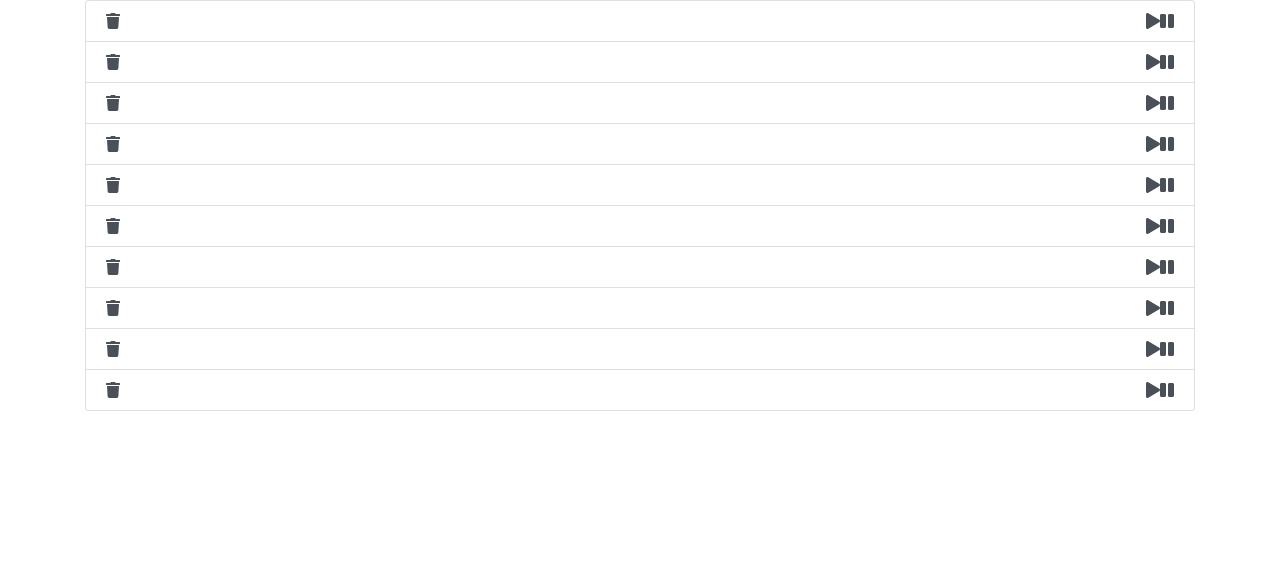
Repository: tanviredu/Data
Page: / (app in 28_vue_with_apis/vue-apis/)
An editor plug-in stored every save of this project. The page is shown before and after the next save, followed by the edit.
The browser window is 1280 px wide. The pictures show the whole page.
The project was rebuilt for these pictures with package versions that can differ from the ones it lists, and the page was loaded fresh each time. Also part of the build but not shown: 28_vue_with_apis/vue-apis/src/components/CurrentSong.vue.

Above is the page before, as saved 2020-07-13 09:15:20.

### 28_vue_with_apis/vue-apis/public/index.html
<!DOCTYPE html>
<html lang="en">
  <head>
    <meta charset="utf-8" />
    <meta http-equiv="X-UA-Compatible" content="IE=edge" />
    <meta name="viewport" content="width=device-width,initial-scale=1.0" />
    <link rel="icon" href="<%= BASE_URL %>favicon.ico" />
    <link
      href="https://fonts.googleapis.com/css2?family=Fjalla+One&family=Open+Sans:wght@700&display=swap"
      rel="stylesheet"
    />
    <title><%= htmlWebpackPlugin.options.title %></title>
  </head>
  <body>
    <noscript>
      <strong
        >We're sorry but <%= htmlWebpackPlugin.options.title %> doesn't work
        properly without JavaScript enabled. Please enable it to
        continue.</strong
      >
    </noscript>
    <div id="app"></div>
    <!-- built files will be auto injected -->
  </body>
</html>

### 28_vue_with_apis/vue-apis/src/main.js
import Vue from "vue";
import App from "./App.vue";

Vue.config.productionTip = false;

import "bootstrap";

import "../node_modules/bootstrap/dist/css/bootstrap.css";
import { library } from "@fortawesome/fontawesome-svg-core";
import {
  faPlus,
  faMinus,
  faTrash,
  faCheck,
  faPlay,
  faPause,
} from "@fortawesome/free-solid-svg-icons";
library.add(faPlus, faMinus, faTrash, faCheck, faPlay, faPause);

new Vue({
  render: (h) => h(App),
}).$mount("#app");

### 28_vue_with_apis/vue-apis/src/App.vue
<template>
  <div id="app" class="container">
    <current-song :song="currentSong" v-if="currentSong" />
    <song-list :songs="songs" :currentSong="currentSong" />
  </div>
</template>

<script>
//import { FontAwesomeIcon } from "@fortawesome/vue-fontawesome";
import currentSong from "./components/CurrentSong";
import songList from "./components/SongList";

export default {
  name: "App",
  data() {
    return {
      currentSong: null,
      songs: [
        {
          id: "1",
          music_url:
            "http://orangevalleycaa.org/api/media/music/ModernHardRock_45450.wav",
          name: "Modern Hard Rock",
          description:
            "Powerful rock track with cool guitar riffs, energetic groovy drums, tight bass and guitar solo. Perfect for use in sport (like boxing) videos, advertisements etc.",
          duration: "2:18",
          image:
            "http://orangevalleycaa.org/api/media/images/ArtistWorking_059730538.png",
          thumb:
            "http://orangevalleycaa.org/api/media/images/thumbs/ArtistWorking_059730538.png",
          created_by: "ikoliks",
          file_name_original: "Modern hard rock_LYNDA_45450.wav"
        },
        {
          id: "2",
          music_url:
            "http://orangevalleycaa.org/api/media/music/AcousticIntro_45687.wav",
          name: "Acoustic Intro",
          description:
            "Short acoustic guitar intro with a dreamy, relaxed quality that inspires reflection.",
          duration: "0:57",
          image:
            "http://orangevalleycaa.org/api/media/images/BalletInSmoke_054599628.png",
          thumb:
            "http://orangevalleycaa.org/api/media/images/thumbs/BalletInSmoke_054599628.png",
          created_by: "Trevor Lackey",
          file_name_original: "Acoustic Intro_LYNDA_45687.wav"
        },
        {
          id: "3",
          music_url:
            "http://orangevalleycaa.org/api/media/music/OptimisticLife_41224.wav",
          name: "Optimistic Life",
          description:
            "Song with optimistic vibe, that's perfect background for music videos that need an uplifting and cool atmosphere.",
          duration: "0:30",
          image:
            "http://orangevalleycaa.org/api/media/images/BlowingGlass_066874921.png",
          thumb:
            "http://orangevalleycaa.org/api/media/images/thumbs/BlowingGlass_066874921.png",
          created_by: "PremiumAudio",
          file_name_original: "Optimistic Life_LYNDA_41224.wav"
        },
        {
          id: "4",
          music_url:
            "http://orangevalleycaa.org/api/media/music/TraceyLarvenz_35879.wav",
          name: "Light and Oxygen",
          description:
            "A bubbly, soothing track suited for corporate, marketing, and motivational videos.",
          duration: "3:05",
          image:
            "http://orangevalleycaa.org/api/media/images/FireDancers_042981315.png",
          thumb:
            "http://orangevalleycaa.org/api/media/images/thumbs/FireDancers_042981315.png",
          created_by: "Tracey Larvenz",
          file_name_original: "Tracey Larvenz track_LYNDA_35879.wav"
        },
        {
          id: "5",
          music_url:
            "http://orangevalleycaa.org/api/media/music/ExploreCaliforniaIntro_8773.wav",
          name: "Exploring California",
          description:
            "A synth and percussion track as smooth as a drive along the California coast.",
          duration: "0:20",
          image:
            "http://orangevalleycaa.org/api/media/images/GlassBlownDragon_056473995.png",
          thumb:
            "http://orangevalleycaa.org/api/media/images/thumbs/GlassBlownDragon_056473995.png",
          created_by: "Bryce Poole",
          file_name_original: "Explore California Intro_LYNDA_8773.wav"
        },
        {
          id: "6",
          music_url:
            "http://orangevalleycaa.org/api/media/music/Aspire_45442.wav",
          name: "Aspire",
          description:
            "Inspiring and beautiful track played by acoustic piano, electric piano, celesta and some light oboe and clarinet sounds in the chorus.",
          duration: "2:45",
          image:
            "http://orangevalleycaa.org/api/media/images/GraffitiArtist_065000861.png",
          thumb:
            "http://orangevalleycaa.org/api/media/images/thumbs/GraffitiArtist_065000861.png",
          created_by: "AudioQuattro",
          file_name_original: "Aspire_LYNDA_45442.wav"
        },
        {
          id: "7",
          music_url:
            "http://orangevalleycaa.org/api/media/music/BeginningInTheFarm_41245.wav",
          name: "Beginning In The Farm",
          description:
            "Positive and inspiring. Dreams, ideas, and a sense of something new and full of beauty.",
          duration: "2:06",
          image:
            "http://orangevalleycaa.org/api/media/images/GraphicArtist_052214820.png",
          thumb:
            "http://orangevalleycaa.org/api/media/images/GraphicArtist_052214820.png",
          created_by: "Julio Kladniew",
          file_name_original: "Beginning In The Farm_LYNDA_41245.mp3"
        },
        {
          id: "8",
          music_url:
            "http://orangevalleycaa.org/api/media/music/BrightAcousticAmbient_35443.wav",
          name: "Bright Acoustic Ambient",
          description:
            "Acoustic guitar and ukulele mellow track with a 12-string acoustic guitar as the main instrument.",
          duration: "3:21",
          image:
            "http://orangevalleycaa.org/api/media/images/PleinAirArtist_061873487.png",
          thumb:
            "http://orangevalleycaa.org/api/media/images/thumbs/PleinAirArtist_061873487.png",
          created_by: "Eliosmusic",
          file_name_original: "Bright acoustic ambient_LYNDA_35443.wav"
        },
        {
          id: "9",
          music_url:
            "http://orangevalleycaa.org/api/media/music/BrothersInArms_46815.wav",
          name: "Brothers In Arms",
          description:
            "A themed narrative piece depicting wartime heroes, victorious and fallen. Good for poignant, emotive scenes of loss and tragedy.",
          duration: "1:15",
          image:
            "http://orangevalleycaa.org/api/media/images/SculptorWelding_053783433.png",
          thumb:
            "http://orangevalleycaa.org/api/media/images/thumbs/SculptorWelding_053783433.png",
          created_by: "John Leonard French",
          file_name_original: "Brothers In Arms_LYNDA_46815.wav"
        },
        {
          id: "10",
          music_url:
            "http://orangevalleycaa.org/api/media/music/BusinessCorporateBackgrounds_41443.wav",
          name: "Business Corporate Backgrounds",
          description:
            "Positive, uplifting, and inspiring soft corporate ambient music that is perfect as background music for inspirational stories, advertisements, TV commercials, brand company and news, science and invention, architecture and trade, technology and education, and much more.",
          duration: "2:57",
          image:
            "http://orangevalleycaa.org/api/media/images/SpinningPottery_061544433.png",
          thumb:
            "http://orangevalleycaa.org/api/media/images/thumbs/SpinningPottery_061544433.png",
          created_by: "AZOVMUSIC",
          file_name_original: "Business Corporate Backgrounds_LYNDA_41443.wav"
        }
      ]
    };
  },
  components: {
    //FontAwesomeIcon,
    currentSong,
    songList
  }
};
</script>

<style>
</style>

### 28_vue_with_apis/vue-apis/src/components/SongList.vue
<template>
  <div>
    <div class="songlist list-group">
      <div
        class="song list-group-item list-group-item-action d-flex"
        v-for="(song,index) in songs"
        :key="index"
      >
        <font-awesome-icon class="trash mr-3 align-self-center" icon="trash" />
        <div class="thumbnail" :style="{backgroundImage: 'url('+song.thumb+')'}"></div>
        <div class="song-info flex-fill px-2 align-self-center">
          <h4 class="song-info-name mb-0">
            <small class="duration"></small>
          </h4>
          <p class="song-info-creator mb-0"></p>
        </div>
        <div class="now-playing d-flex align-items-center">
          <font-awesome-icon class="play" icon="play" />
          <font-awesome-icon class="pause" icon="pause" />
        </div>
      </div>
    </div>
  </div>
</template>

<script>
import { FontAwesomeIcon } from "@fortawesome/vue-fontawesome";
export default {
  name: "song-list",
  props: ["songs", "currentSong"],
  components: {
    FontAwesomeIcon
  }
};
</script>
<style scoped>
</style>

After the next save:
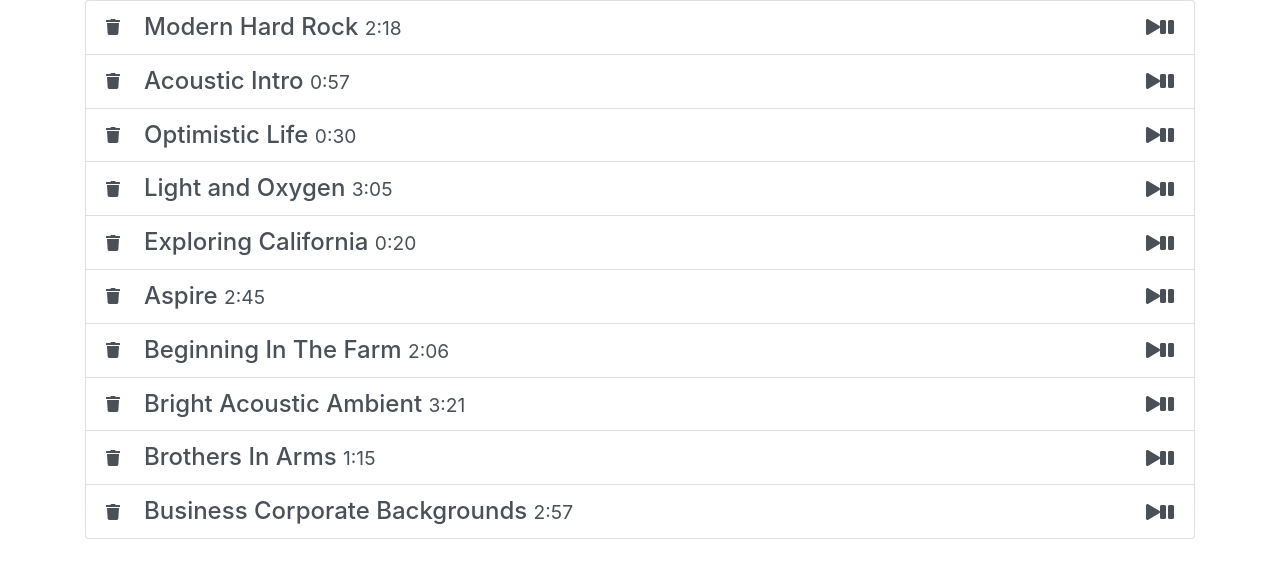
Saved 43 s later.
--- a/28_vue_with_apis/vue-apis/src/components/SongList.vue
+++ b/28_vue_with_apis/vue-apis/src/components/SongList.vue
@@ -10,7 +10,8 @@
         <div class="thumbnail" :style="{backgroundImage: 'url('+song.thumb+')'}"></div>
         <div class="song-info flex-fill px-2 align-self-center">
           <h4 class="song-info-name mb-0">
-            <small class="duration"></small>
+            {{song.name}}
+            <small class="duration">{{song.duration}}</small>
           </h4>
           <p class="song-info-creator mb-0"></p>
         </div>
